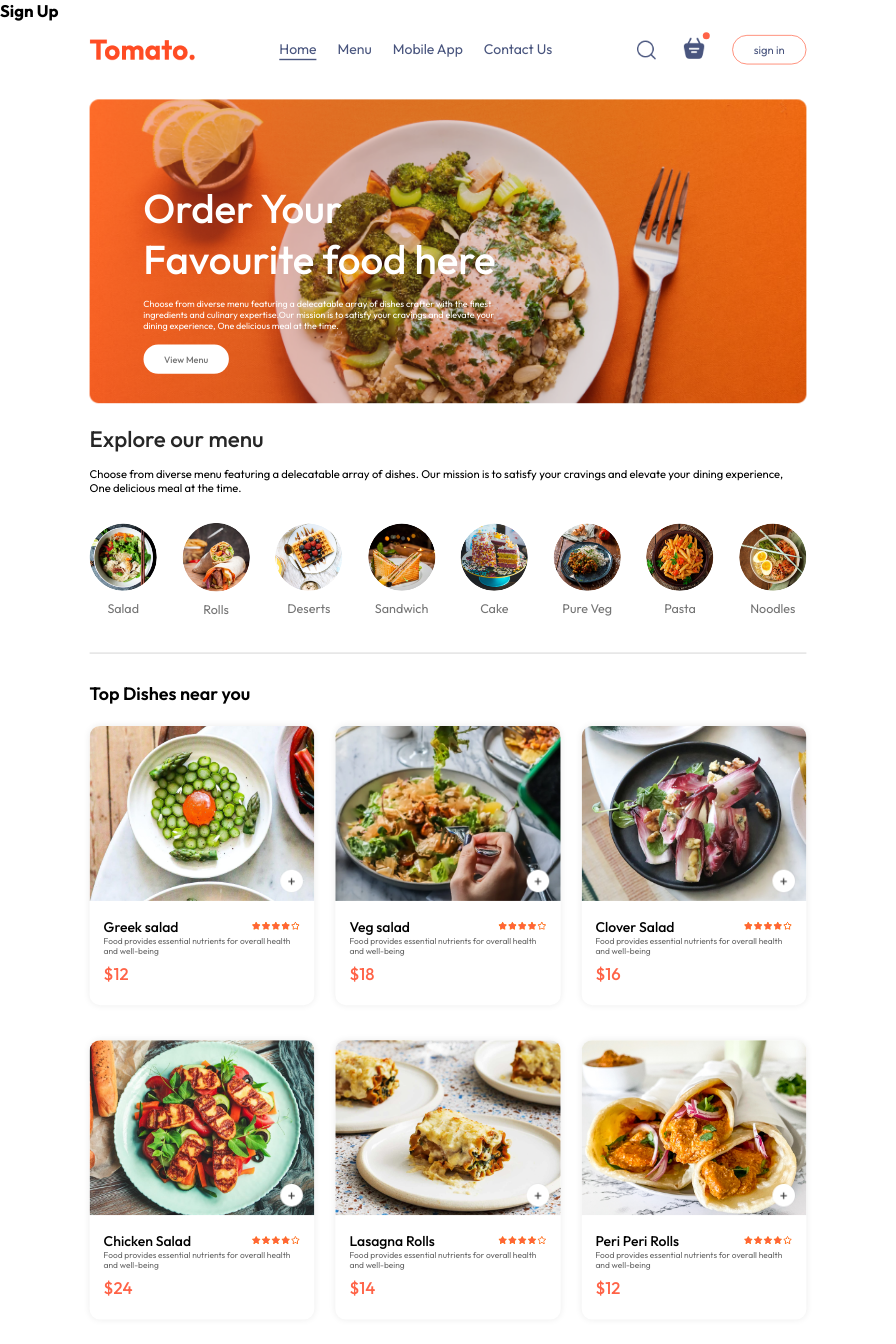
Repository: esakkiraj8104/FOOD_ORDER1
Page: /, after clicking the first element matching `button`
An editor plug-in stored every save of this project. The page is shown before and after a run of saves, followed by the edit.
The browser window is 1280 px wide. The pictures show the part of the page from y = 0 to 1920 px (the page is 6743 px tall before and 6767 px after), at 70% of full size.
The project was rebuilt for these pictures with package versions that can differ from the ones it lists, and the page was loaded fresh each time. Also part of the build but not shown: vite.config.js, src/pages/Cart/Cart.css, src/pages/Cart/Cart.jsx, src/components/LoginPopup/LoginPopup.css. Imported but missing from the stored project, and not drawn on this page: src/pages/PlaceOrder/PlaceOrder.

Above is the page before, as saved 2025-05-17 14:00:50.

After the next 15 saves:
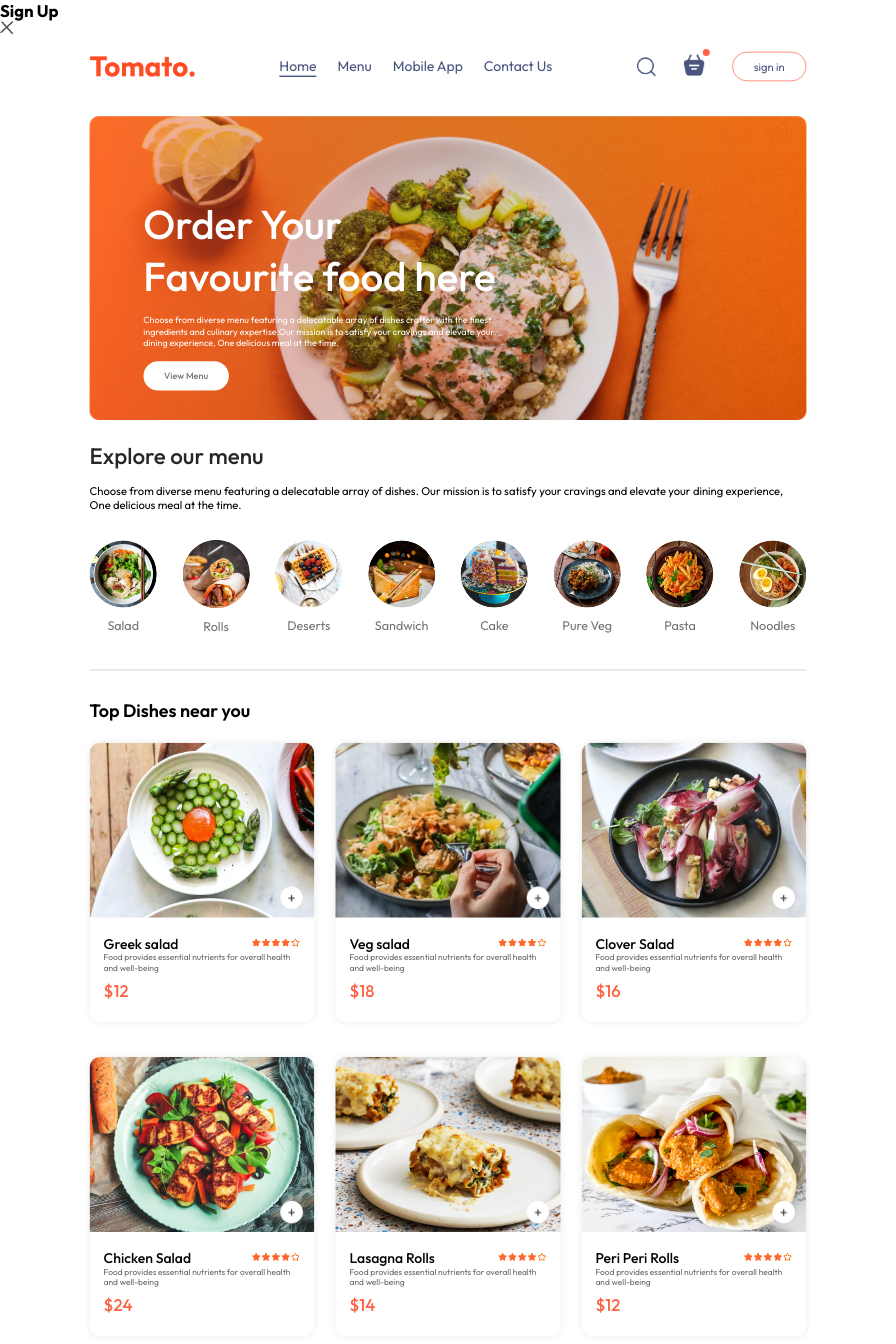
The 15 saves are shown as one change because 5 did not build or start and some came seconds apart.
The last was saved 76 s later.
--- a/src/components/LoginPopup/LoginPopup.jsx
+++ b/src/components/LoginPopup/LoginPopup.jsx
@@ -1,5 +1,6 @@
 import React, { useState } from 'react'
 import './LoginPopup.css'
+import { assets } from '../../assets/assets'
 
 const LoginPopup = () => {
 
@@ -10,6 +11,7 @@ const LoginPopup = () => {
       <form action="" className="login-popup-container">
         <div className="login-popup-title">
           <h2>{currState}</h2>
+          <img onClick={()=>setS} src={assets.cross_icon} alt="" />
         </div>
       </form>
     </div>
